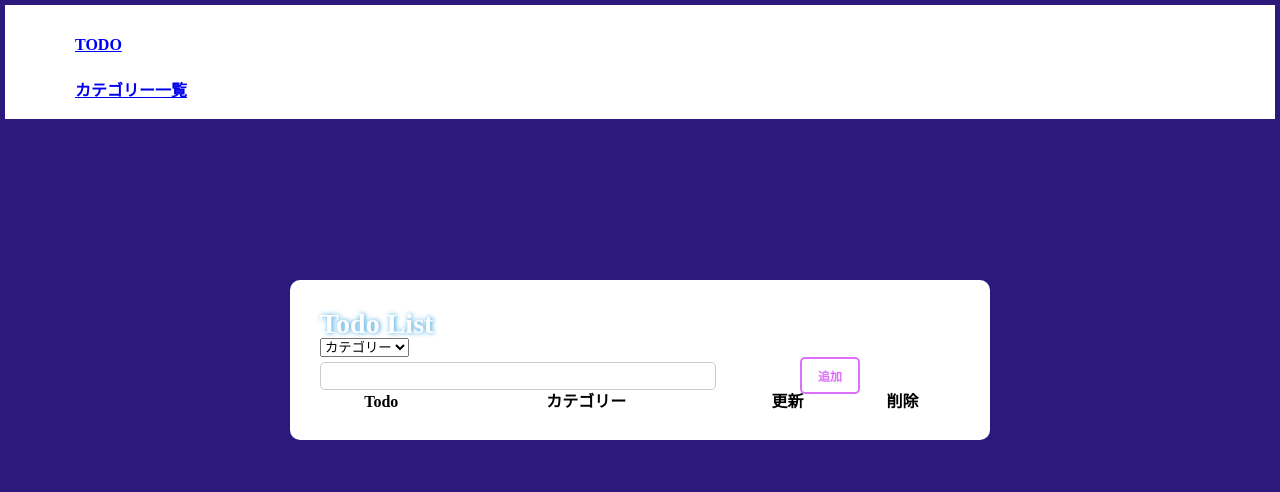
Repository: azuma2/cate
Page: http://localhost/cate
An editor plug-in stored every save of this project. The page is shown before and after the next save, followed by the edit.
The browser window is 1280 px wide. The pictures show the whole page.
The page is served by the project's Laravel application, run on PHP 8.4 with Laravel 8. Queries for data that is not in the repository find no rows.

Above is the page before, as saved 2022-05-17 18:04:04.

After the next save:
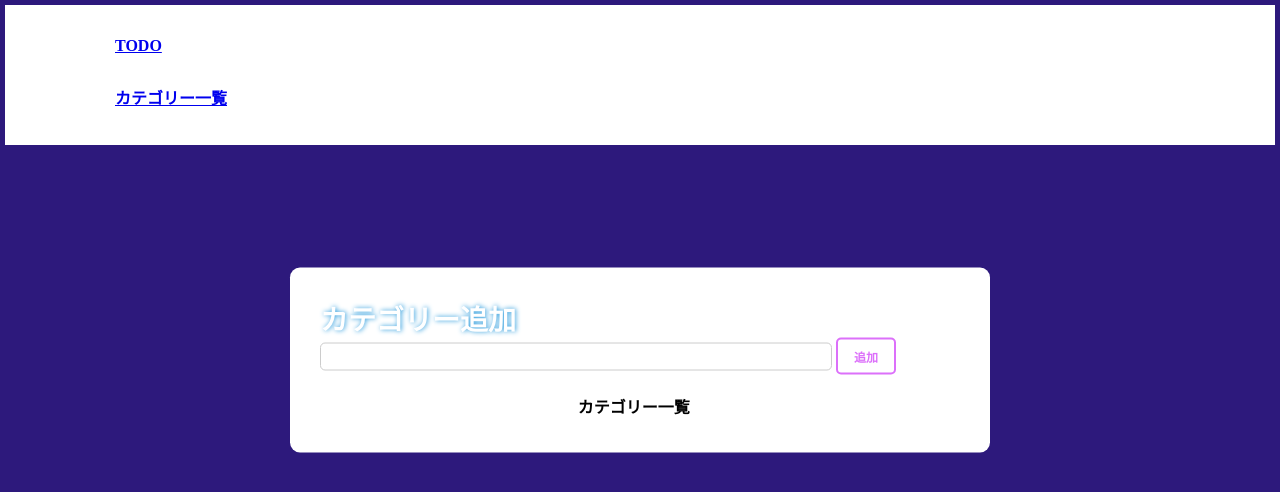
Saved 4 min 42 s later.
--- a/routes/web.php
+++ b/routes/web.php
@@ -8,7 +8,7 @@ use App\Http\Controllers\CateController;
 Route::get('/', [TodoController::class, 'index']);
 
 Route::get('/cate', [CateController::class, 'index']);
-Route::get('/cate', [CateController::class, 'index2']);
+
 Route::post('/todo/create', [TodoController::class, 'create']);
 Route::post('/todo/update', [TodoController::class, 'update']);
 Route::post('/todo/delete', [TodoController::class, 'remove']);
